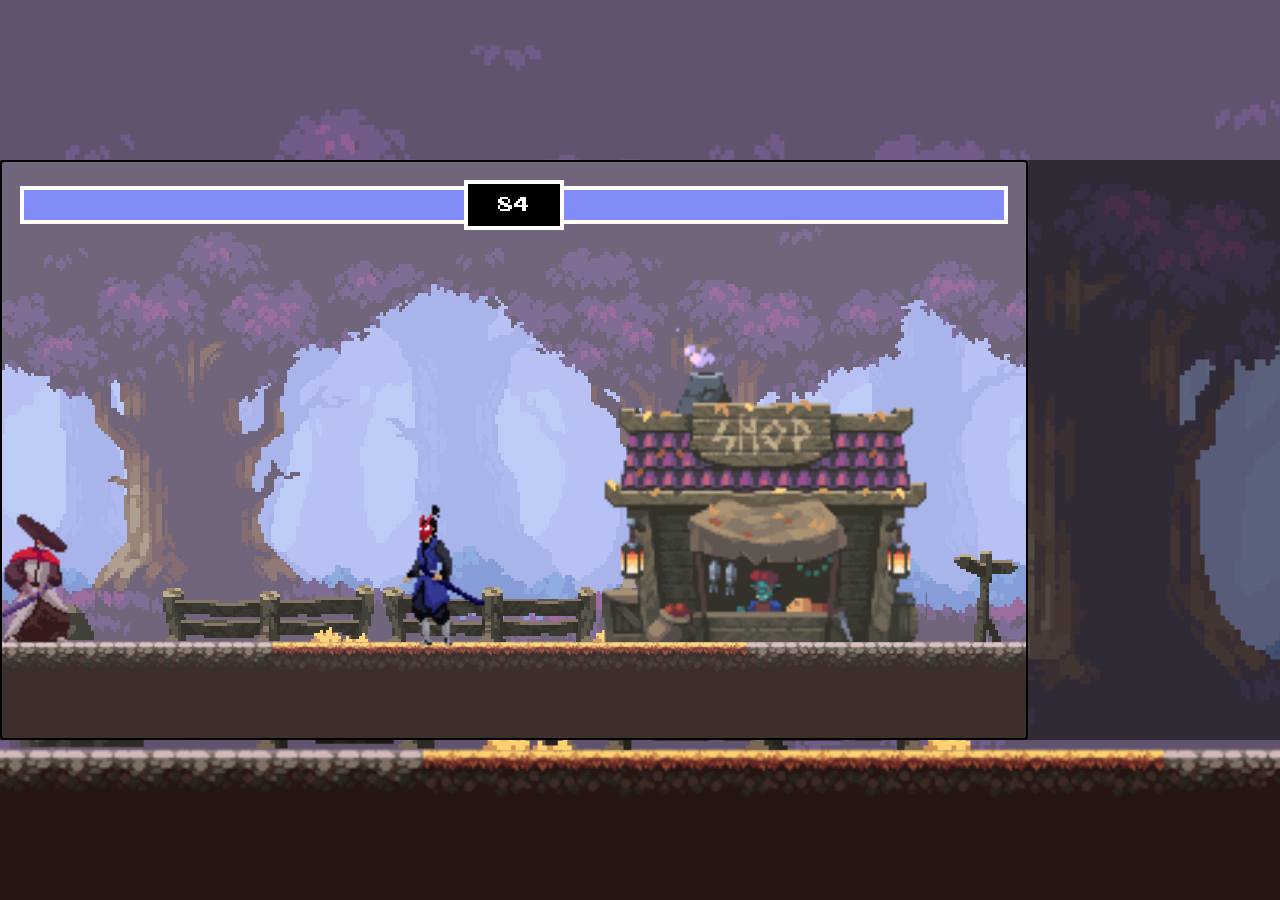
Repository: LuizAGDomingues/js-fighting-game
Page: index.html
An editor plug-in stored every save of this project. The page is shown before and after a run of saves, followed by the edit.
The browser window is 1280 px wide. The pictures show the whole page.

Above is the page before, as saved 2022-12-24 12:28:12.

After the next 4 saves:
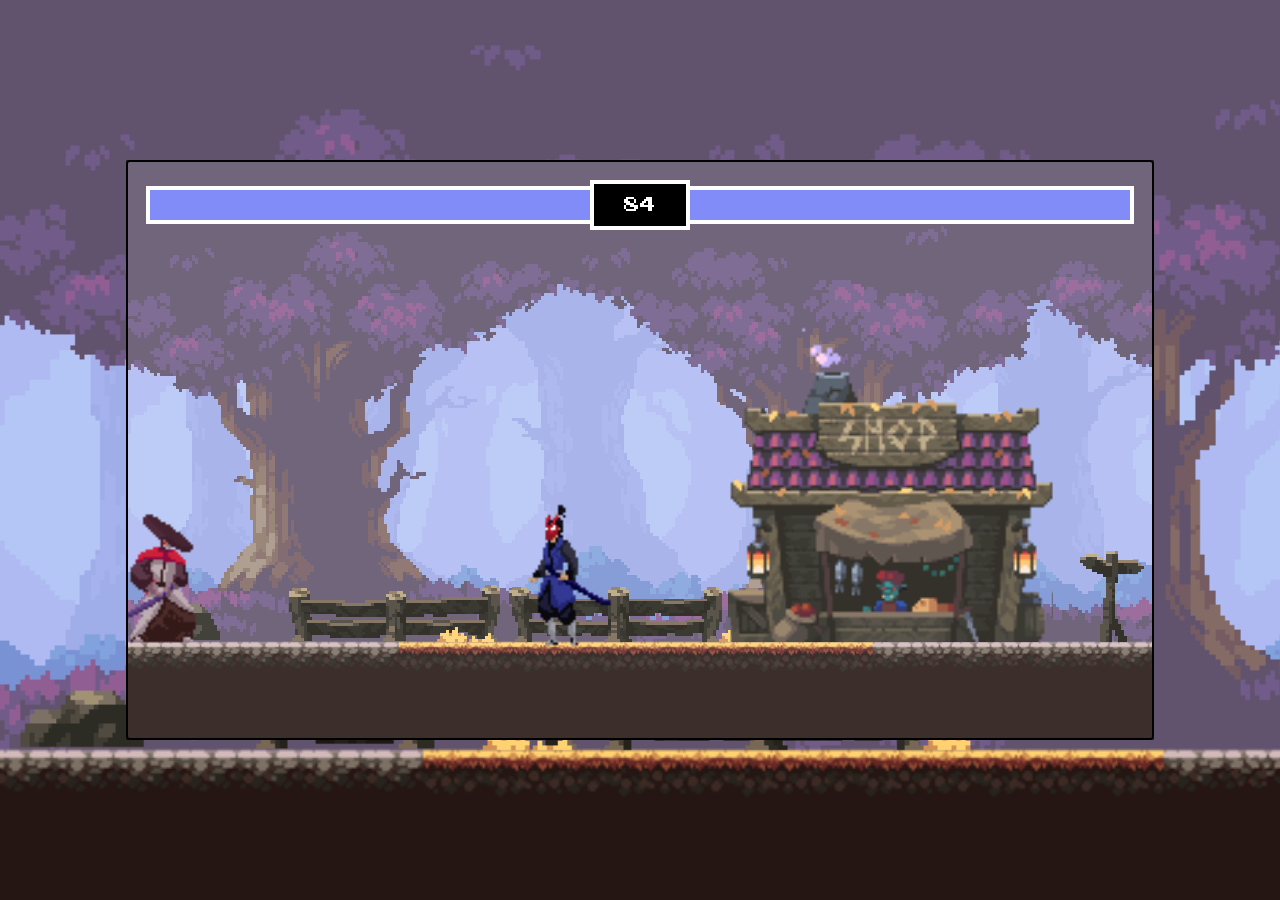
The 4 saves are shown as one change because they came seconds apart.
The last was saved 17 s later.
--- a/src/css/battle.css
+++ b/src/css/battle.css
@@ -16,14 +16,15 @@ body {
 }
 
 .opacity-content {
-  width: 100%;
-  height: 100%;
-  background: rgba(0, 0, 0, 0.5)
+
 }
 
 .content {
   position: relative;
   display: inline-block;
+  width: 100%;
+  height: 100%;
+  background: rgba(0, 0, 0, 0.5)
 }
 
 .life-bars {
